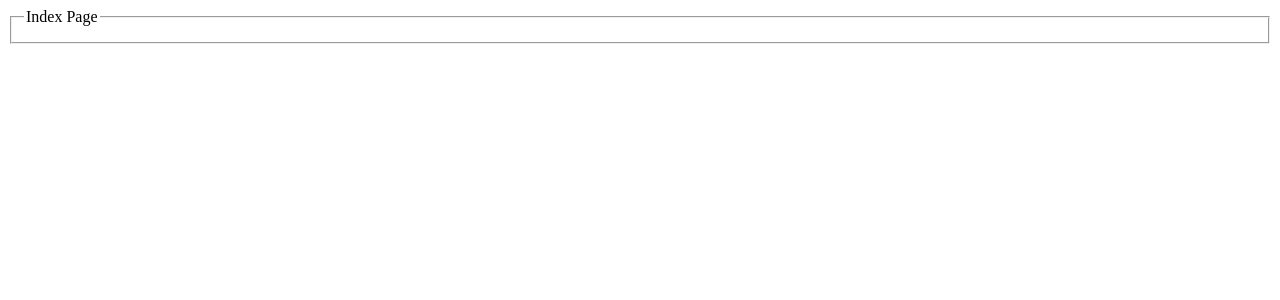
Repository: chloe-codes1/Django
Page: live/django_intro/pages/templates/index.html
The author's editor kept a record of every edit. The page is drawn from the files as they stood at one moment, then again after the next edit.
The browser window is 1280 px wide. The pictures show the whole page.

Above is the page before.

### live/django_intro/pages/templates/index.html
<!DOCTYPE html>
<html lang="en">
<head>
    <meta charset="UTF-8">
    <meta name="viewport" content="width=device-width, initial-scale=1.0">
    <meta http-equiv="X-UA-Compatible" content="ie=edge">
    <title>Index</title>
</head>
<body>
    <fieldset>
        <legend>Index Page</legend>
    </field>
</body>
</html>

After the next edit:
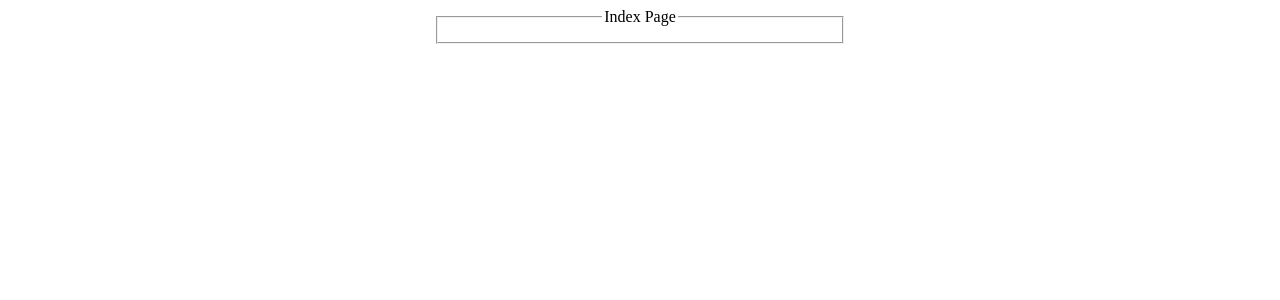
The edit:
--- a/live/django_intro/pages/templates/index.html
+++ b/live/django_intro/pages/templates/index.html
@@ -5,6 +5,13 @@
     <meta name="viewport" content="width=device-width, initial-scale=1.0">
     <meta http-equiv="X-UA-Compatible" content="ie=edge">
     <title>Index</title>
+    <style>
+        fieldset {
+            margin: 0 auto;
+            text-align: center;
+            width: 30%;
+        }
+    </style>
 </head>
 <body>
     <fieldset>
